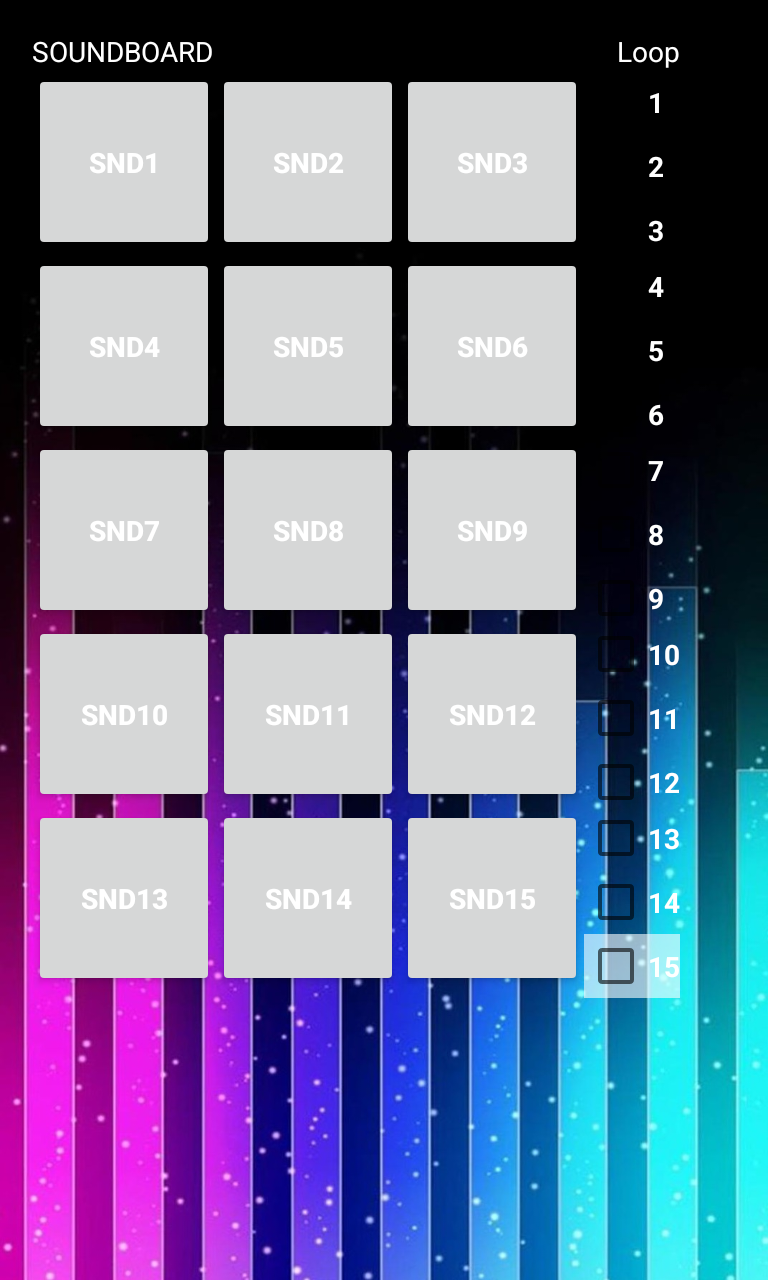
Repository: SoundBoardJAMJ/Project
Layout: workspace/SoundBoard/res/layout/defboard.xml
These files come from the project's save history. The layout is drawn as it stood at one moment and after the next save; the edit follows.
It is drawn on a 768 x 1280 px phone screen (xhdpi) without system bars, with theme AppTheme; the app's code is not run.

Above is the layout before, as saved 2014-05-02 07:22:29.

### workspace/SoundBoard/res/layout/defboard.xml
<ScrollView xmlns:android="http://schemas.android.com/apk/res/android"
xmlns:tools="http://schemas.android.com/tools"
android:layout_width="match_parent"
android:background="@drawable/image1"
android:layout_height="match_parent" >

<RelativeLayout
    android:layout_width="match_parent"
    android:layout_height="600dp"
    android:paddingBottom="@dimen/activity_vertical_margin"
    android:paddingLeft="@dimen/activity_horizontal_margin"
    android:paddingRight="@dimen/activity_horizontal_margin"
    android:paddingTop="@dimen/activity_vertical_margin"
    tools:context="com.example.soundtest.DefBoard$PlaceholderFragment" >

    <TextView
        android:id="@+id/textView1"
        android:layout_width="wrap_content"
        android:layout_height="wrap_content"
        android:textColor="@android:color/white"
        android:alpha="1.0"
        android:text="SOUNDBOARD" />

    <Button
        android:id="@+id/button1"
        android:layout_width="92dp"
        android:layout_height="92dp"
        android:layout_alignLeft="@+id/textView1"
        android:layout_below="@+id/textView1"
        android:onClick="ButtonOnClick"
        android:textColor="@android:color/white"
        android:alpha="1.0"
        android:textStyle="bold"
        android:text="snd1" />

    <Button
        android:id="@+id/button3"
        android:layout_width="92dp"
        android:layout_height="92dp"
        android:layout_alignBaseline="@+id/button2"
        android:layout_alignBottom="@+id/button2"
        android:layout_toRightOf="@+id/button2"
        android:onClick="ButtonOnClick"
        android:textColor="@android:color/white"
        android:alpha="1.0"
        android:textStyle="bold"
        android:text="snd3" />

    <Button
        android:id="@+id/button2"
        android:layout_width="92dp"
        android:layout_height="92dp"
        android:layout_alignBaseline="@+id/button1"
        android:layout_alignBottom="@+id/button1"
        android:layout_toRightOf="@+id/button1"
        android:onClick="ButtonOnClick"
        android:textColor="@android:color/white"
        android:alpha="1.0"
        android:textStyle="bold"
        android:text="snd2" />

    <Button
        android:id="@+id/button8"
        android:layout_width="92dp"
        android:layout_height="92dp"
        android:layout_alignBaseline="@+id/button7"
        android:layout_alignBottom="@+id/button7"
        android:layout_toRightOf="@+id/button4"
        android:onClick="ButtonOnClick"
        android:textColor="@android:color/white"
        android:alpha="1.0"
        android:textStyle="bold"
        android:text="snd8" />

    <Button
        android:id="@+id/button7"
        android:layout_width="92dp"
        android:layout_height="92dp"
        android:layout_below="@+id/button4"
        android:layout_toLeftOf="@+id/button8"
        android:onClick="ButtonOnClick"
        android:textColor="@android:color/white"
        android:alpha="1.0"
        android:textStyle="bold"
        android:text="snd7" />

    <Button
        android:id="@+id/button6"
        android:layout_width="92dp"
        android:layout_height="92dp"
        android:layout_alignBaseline="@+id/button5"
        android:layout_alignBottom="@+id/button5"
        android:layout_toRightOf="@+id/button5"
        android:onClick="ButtonOnClick"
        android:textColor="@android:color/white"
        android:alpha="1.0"
        android:textStyle="bold"
        android:text="snd6" />

    <Button
        android:id="@+id/button9"
        android:layout_width="92dp"
        android:layout_height="92dp"
        android:layout_alignBaseline="@+id/button8"
        android:layout_alignBottom="@+id/button8"
        android:layout_alignLeft="@+id/button6"
        android:onClick="ButtonOnClick"
        android:textColor="@android:color/white"
        android:alpha="1.0"
        android:textStyle="bold"
        android:text="snd9" />

    <Button
        android:id="@+id/button5"
        android:layout_width="92dp"
        android:layout_height="92dp"
        android:layout_below="@+id/button1"
        android:layout_toRightOf="@+id/button1"
        android:onClick="ButtonOnClick"
        android:textColor="@android:color/white"
        android:alpha="1.0"
        android:textStyle="bold"
        android:text="snd5" />

    <Button
        android:id="@+id/button10"
        android:layout_width="92dp"
        android:layout_height="92dp"
        android:layout_alignParentLeft="true"
        android:layout_below="@+id/button7"
        android:onClick="ButtonOnClick"
        android:textColor="@android:color/white"
        android:alpha="1.0"
        android:textStyle="bold"
        android:text="snd10" />

    <Button
        android:id="@+id/button11"
        android:layout_width="92dp"
        android:layout_height="92dp"
        android:layout_alignBaseline="@+id/button10"
        android:layout_alignBottom="@+id/button10"
        android:layout_toRightOf="@+id/button10"
        android:onClick="ButtonOnClick"
        android:textColor="@android:color/white"
        android:alpha="1.0"
        android:textStyle="bold"
        android:text="snd11" />

    <Button
        android:id="@+id/button13"
        android:layout_width="92dp"
        android:layout_height="92dp"
        android:layout_alignParentLeft="true"
        android:layout_below="@+id/button10"
        android:onClick="ButtonOnClick"
        android:textColor="@android:color/white"
        android:alpha="1.0"
        android:textStyle="bold"
        android:text="snd13" />

    <Button
        android:id="@+id/button14"
        android:layout_width="92dp"
        android:layout_height="92dp"
        android:layout_below="@+id/button10"
        android:layout_toLeftOf="@+id/button12"
        android:alpha="1.0"
        android:onClick="ButtonOnClick"
        android:text="snd14"
        android:textColor="@android:color/white"
        android:textStyle="bold" />

    <Button
        android:id="@+id/button15"
        android:layout_width="92dp"
        android:layout_height="92dp"
        android:layout_below="@+id/button11"
        android:layout_toRightOf="@+id/button14"
        android:alpha="1.0"
        android:onClick="ButtonOnClick"
        android:text="snd15"
        android:textColor="@android:color/white"
        android:textStyle="bold" />

    <Button
        android:id="@+id/button12"
        android:layout_width="92dp"
        android:layout_height="92dp"
        android:layout_below="@+id/button8"
        android:layout_toRightOf="@+id/button11"
        android:onClick="ButtonOnClick"
        android:textColor="@android:color/white"
        android:alpha="1.0"
        android:textStyle="bold"
        android:text="snd12" />

    <Button
        android:id="@+id/button4"
        android:layout_width="92dp"
        android:layout_height="92dp"
        android:layout_alignBaseline="@+id/button5"
        android:layout_alignBottom="@+id/button5"
        android:layout_toLeftOf="@+id/button5"
        android:onClick="ButtonOnClick"
        android:textColor="@android:color/white"
        android:alpha="1.0"
        android:textStyle="bold"
        android:text="snd4" />

    <CheckBox
        android:id="@+id/checkBox1"
        android:layout_width="wrap_content"
        android:layout_height="wrap_content"
        android:layout_alignTop="@+id/button3"
        android:layout_toRightOf="@+id/button3"
        android:alpha="1.0"
        android:onClick="TogOnClick"
        android:text="1"
        android:textColor="@android:color/white"
        android:textStyle="bold" />

    <CheckBox
        android:id="@+id/checkBox2"
        android:layout_width="wrap_content"
        android:layout_height="wrap_content"
        android:layout_below="@+id/checkBox1"
        android:layout_toRightOf="@+id/button3"
        android:onClick="TogOnClick"
        android:textColor="@android:color/white"
        android:alpha="1.0"
        android:textStyle="bold"
        android:text="2" />

    <CheckBox
        android:id="@+id/checkBox3"
        android:layout_width="wrap_content"
        android:layout_height="wrap_content"
        android:layout_alignLeft="@+id/checkBox2"
        android:layout_below="@+id/checkBox2"
        android:onClick="TogOnClick"
        android:textColor="@android:color/white"
        android:alpha="1.0"
        android:textStyle="bold"
        android:text="3" />

    <CheckBox
        android:id="@+id/checkBox4"
        android:layout_width="wrap_content"
        android:layout_height="wrap_content"
        android:layout_alignTop="@+id/button6"
        android:layout_toRightOf="@+id/button6"
        android:onClick="TogOnClick"
        android:textColor="@android:color/white"
        android:alpha="1.0"
        android:textStyle="bold"
        android:text="4" />

    <CheckBox
        android:id="@+id/checkBox5"
        android:layout_width="wrap_content"
        android:layout_height="wrap_content"
        android:layout_below="@+id/checkBox4"
        android:layout_toRightOf="@+id/button6"
        android:onClick="TogOnClick"
        android:textColor="@android:color/white"
        android:alpha="1.0"
        android:textStyle="bold"
        android:text="5" />

    <CheckBox
        android:id="@+id/checkBox6"
        android:layout_width="wrap_content"
        android:layout_height="wrap_content"
        android:layout_below="@+id/checkBox5"
        android:layout_toRightOf="@+id/button6"
        android:onClick="TogOnClick"
        android:textColor="@android:color/white"
        android:alpha="1.0"
        android:textStyle="bold"
        android:text="6" />

    <CheckBox
        android:id="@+id/checkBox7"
        android:layout_width="wrap_content"
        android:layout_height="wrap_content"
        android:layout_alignTop="@+id/button9"
        android:layout_toRightOf="@+id/button9"
        android:onClick="TogOnClick"
        android:textColor="@android:color/white"
        android:alpha="1.0"
        android:textStyle="bold"
        android:text="7" />

    <CheckBox
        android:id="@+id/checkBox8"
        android:layout_width="wrap_content"
        android:layout_height="wrap_content"
        android:layout_below="@+id/checkBox7"
        android:layout_toRightOf="@+id/button9"
        android:onClick="TogOnClick"
        android:textColor="@android:color/white"
        android:alpha="1.0"
        android:textStyle="bold"
        android:text="8" />

    <CheckBox
        android:id="@+id/checkBox9"
        android:layout_width="wrap_content"
        android:layout_height="wrap_content"
        android:layout_below="@+id/checkBox8"
        android:layout_toRightOf="@+id/button9"
        android:onClick="TogOnClick"
        android:textColor="@android:color/white"
        android:alpha="1.0"
        android:textStyle="bold"
        android:text="9" />

    <CheckBox
        android:id="@+id/checkBox10"
        android:layout_width="wrap_content"
        android:layout_height="wrap_content"
        android:layout_alignTop="@+id/button12"
        android:layout_toRightOf="@+id/button12"
        android:onClick="TogOnClick"
        android:textColor="@android:color/white"
        android:alpha="1.0"
        android:textStyle="bold"
        android:text="10" />

    <CheckBox
        android:id="@+id/checkBox11"
        android:layout_width="wrap_content"
        android:layout_height="wrap_content"
        android:layout_below="@+id/checkBox10"
        android:layout_toRightOf="@+id/button12"
        android:onClick="TogOnClick"
        android:textColor="@android:color/white"
        android:alpha="1.0"
        android:textStyle="bold"
        android:text="11" />

    <CheckBox
        android:id="@+id/checkBox12"
        android:layout_width="wrap_content"
        android:layout_height="wrap_content"
        android:layout_alignLeft="@+id/checkBox11"
        android:layout_below="@+id/checkBox11"
        android:onClick="TogOnClick"
        android:textColor="@android:color/white"
        android:alpha="1.0"
        android:textStyle="bold"
        android:text="12" />

    <CheckBox
        android:id="@+id/checkBox13"
        android:layout_width="wrap_content"
        android:layout_height="wrap_content"
        android:layout_alignTop="@+id/button15"
        android:layout_toRightOf="@+id/button15"
        android:onClick="TogOnClick"
        android:textColor="@android:color/white"
        android:alpha="1.0"
        android:textStyle="bold"
        android:text="13" />

    <CheckBox
        android:id="@+id/checkBox14"
        android:layout_width="wrap_content"
        android:layout_height="wrap_content"
        android:layout_below="@+id/checkBox13"
        android:layout_toRightOf="@+id/button15"
        android:onClick="TogOnClick"
        android:textColor="@android:color/white"
        android:alpha="1.0"
        android:textStyle="bold"
        android:text="14" />

    <CheckBox
        android:id="@+id/checkBox15"
        android:layout_width="wrap_content"
        android:layout_height="wrap_content"
        android:layout_below="@+id/checkBox14"
        android:layout_toRightOf="@+id/button15"
        android:onClick="TogOnClick"
        android:textColor="@android:color/white"
        android:alpha="1.0"
        android:textStyle="bold"
        android:background="#99FFFFFF"
        android:text="15" />

    <TextView
        android:id="@+id/textView2"
        android:layout_width="wrap_content"
        android:layout_height="wrap_content"
        android:layout_alignBottom="@+id/textView1"
        android:layout_alignRight="@+id/checkBox10"
        android:textColor="@android:color/white"
        android:alpha="1.0"
        android:text="Loop" />

</RelativeLayout>
</ScrollView>

Loaded but not shown: workspace/SoundBoard/res/values/styles.xml (common file); workspace/SoundBoard/res/values-v11/styles.xml (common file); workspace/SoundBoard/res/values-v14/styles.xml (common file); workspace/SoundBoard/res/values/dimens.xml (common file); workspace/SoundBoard/res/values-w820dp/dimens.xml (common file)

After the next save:
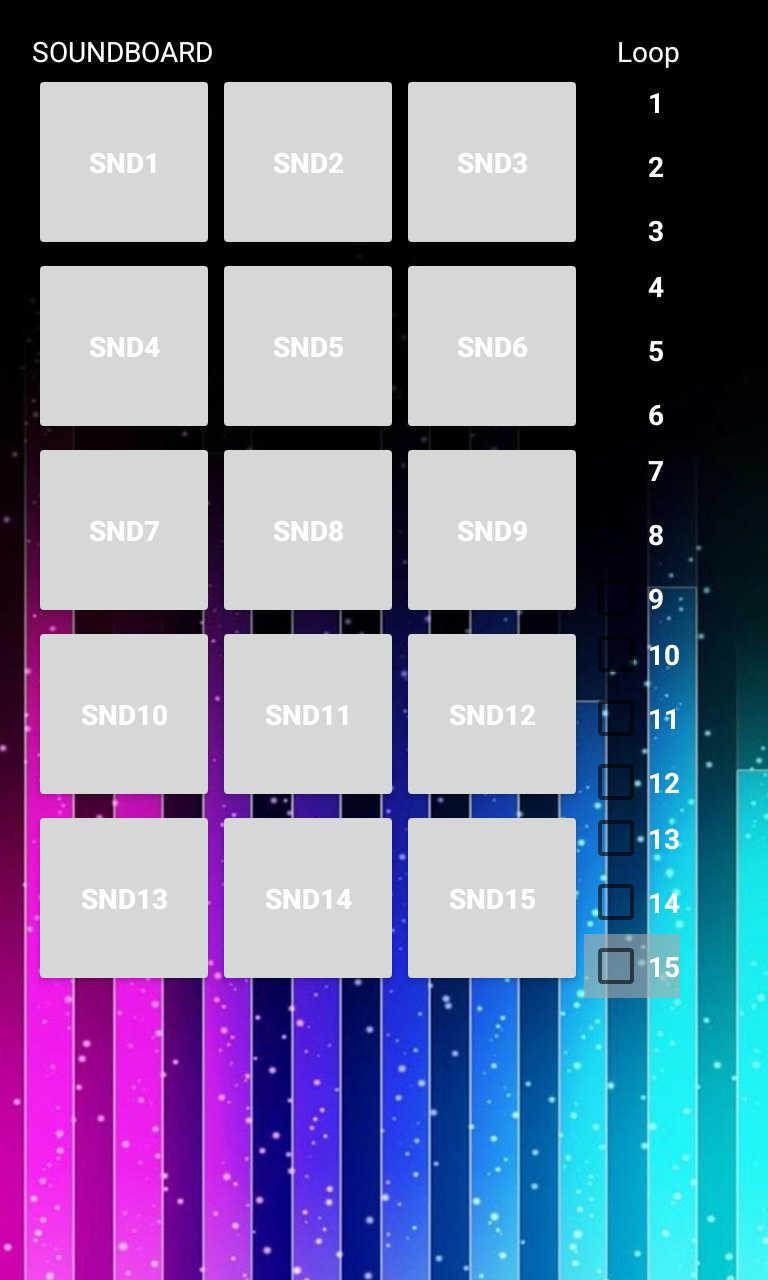
Saved 43 s later.
--- a/workspace/SoundBoard/res/layout/defboard.xml
+++ b/workspace/SoundBoard/res/layout/defboard.xml
@@ -386,7 +386,7 @@ android:layout_height="match_parent" >
         android:textColor="@android:color/white"
         android:alpha="1.0"
         android:textStyle="bold"
-        android:background="#99FFFFFF"
+        android:background="#99AAAAAA"
         android:text="15" />
 
     <TextView
